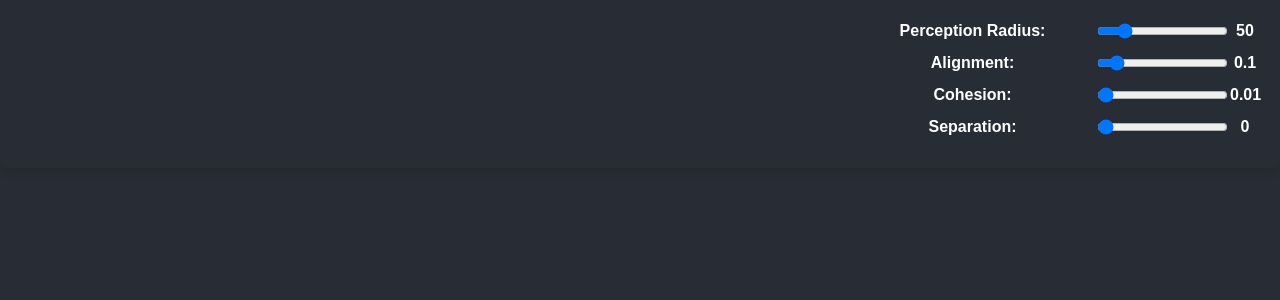
Repository: eltonsampaio12/boids
Page: index.html
These files come from the project's save history. The page is drawn as it stood at one moment and after the next save; the edit follows.
The browser window is 1280 px wide. The pictures show the whole page.

Above is the page before, as saved 2024-02-01 00:21:21.
Not found: main.ts

### index.html
<!DOCTYPE html>
<html lang="en">
  <head>
    <meta charset="utf-8" />
    <title>My first three.js app</title>
    <style>
      body {
        margin: 0;
        background-color: #282c34;
        color: white;
        font-family: "Arial", sans-serif;
      }

      .container {
        padding: 20px;
        border-radius: 8px;
        box-shadow: 0 4px 8px rgba(0, 0, 0, 0.1);
        text-align: center;
        display: flex;
        flex-direction: column;
        align-items: end;
      }

      .parameterParent {
        width: 400px;
        display: flex;
        align-items: center;
        margin-bottom: 10px;
      }

      label {
        margin-right: 10px;
        font-weight: bold;
        flex: 1;
      }

      input {
        border: 1px solid #ccc;
        border-radius: 4px;
        outline: none;
      }

      span {
        font-weight: bold;
        width: 30px;
      }
    </style>
  </head>
  <body>
    <script type="module" src="/main.ts"></script>

    <div class="container">
      <div class="parameterParent">
        <label for="perceptionRadiusSlider">Perception Radius:</label>
        <input
          type="range"
          id="perceptionRadiusSlider"
          min="0"
          max="300"
          value="50"
          step="1"
        />
        <span id="perceptionRadiusValue">50</span>
      </div>

      <div class="parameterParent">
        <label for="alignmentSlider">Alignment:</label>
        <input
          type="range"
          id="alignmentSlider"
          min="0"
          max="1"
          value="0.1"
          step="0.1"
        />
        <span id="alignmentValue">0.1</span>
      </div>

      <div class="parameterParent">
        <label for="cohesionSlider">Cohesion:</label>
        <input
          type="range"
          id="cohesionSlider"
          min="0"
          max="1"
          value="0.01"
          step="0.1"
        />
        <span id="cohesionValue">0.01</span>
      </div>

      <div class="parameterParent">
        <label for="separationSlider">Separation:</label>
        <input
          type="range"
          id="separationSlider"
          min="0"
          max="100"
          value="0"
          step="0.1"
        />
        <span id="separationValue">0</span>
      </div>
    </div>
  </body>
</html>

After the next save:
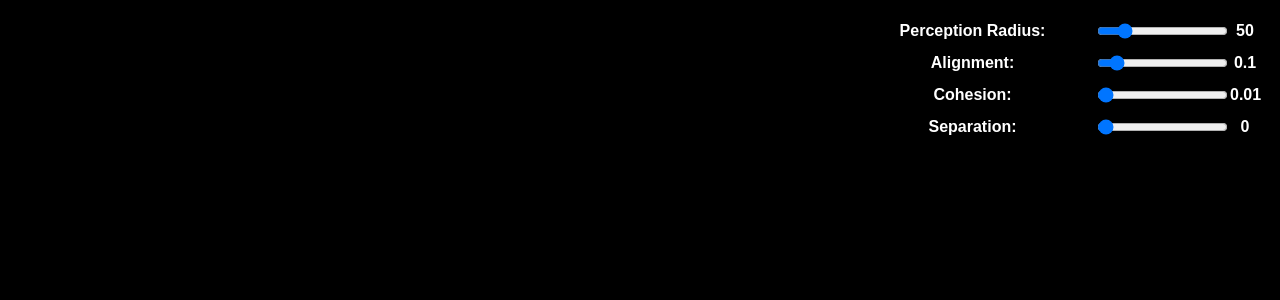
Saved 9 s later.
--- a/index.html
+++ b/index.html
@@ -6,7 +6,7 @@
     <style>
       body {
         margin: 0;
-        background-color: #282c34;
+        background-color: black;
         color: white;
         font-family: "Arial", sans-serif;
       }
